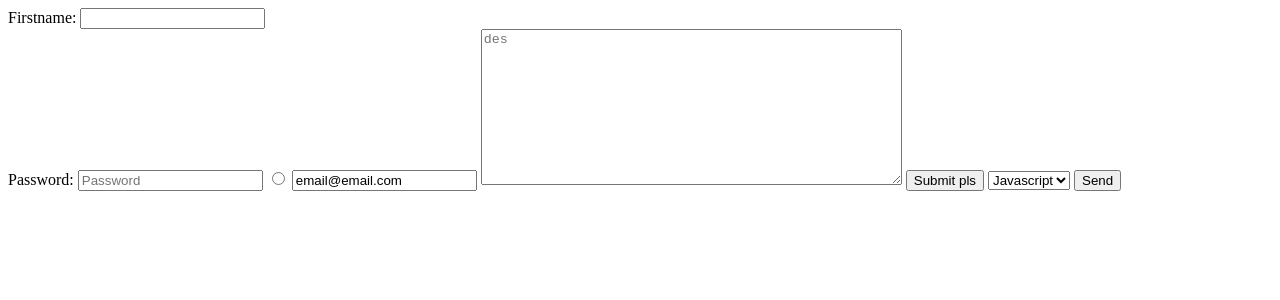
Repository: Tranghii/HTML-CSS
Page: HTML&CSS/form.html
The author's editor kept a copy of each file at every save. The page is drawn from the files as they stood at one save, then again after the next save.
The browser window is 1280 px wide. The pictures show the whole page.

Above is the page before, as saved 2025-10-11 20:01:26.

After the next save:
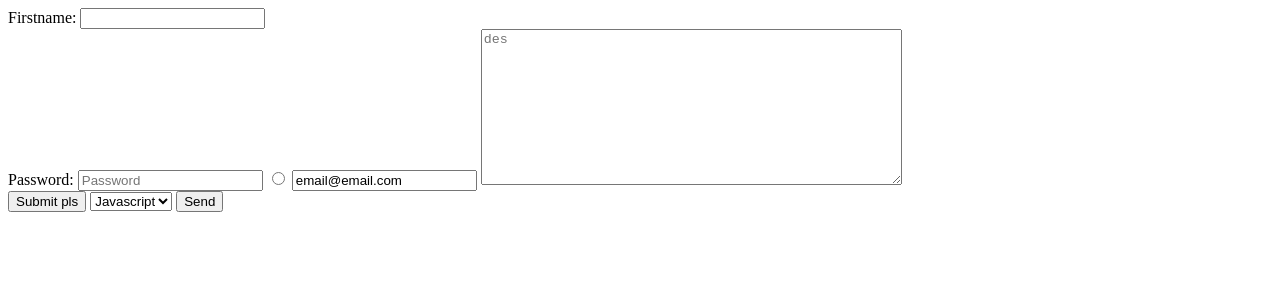
Saved 5 s later.
--- a/HTML&CSS/form.html
+++ b/HTML&CSS/form.html
@@ -16,7 +16,7 @@
 
         <input type="email" name="email" id="email" value="email@email.com" placeholder="email">
         <textarea name="des" id="des" placeholder="des" cols="50" rows="10"></textarea>
-    <input type="submit" value="Submit pls" >
+    <br><input type="submit" value="Submit pls" >
     <select name="languages" id="">
         <option value="js">Javascript</option>
         <option value="java">Java</option>
